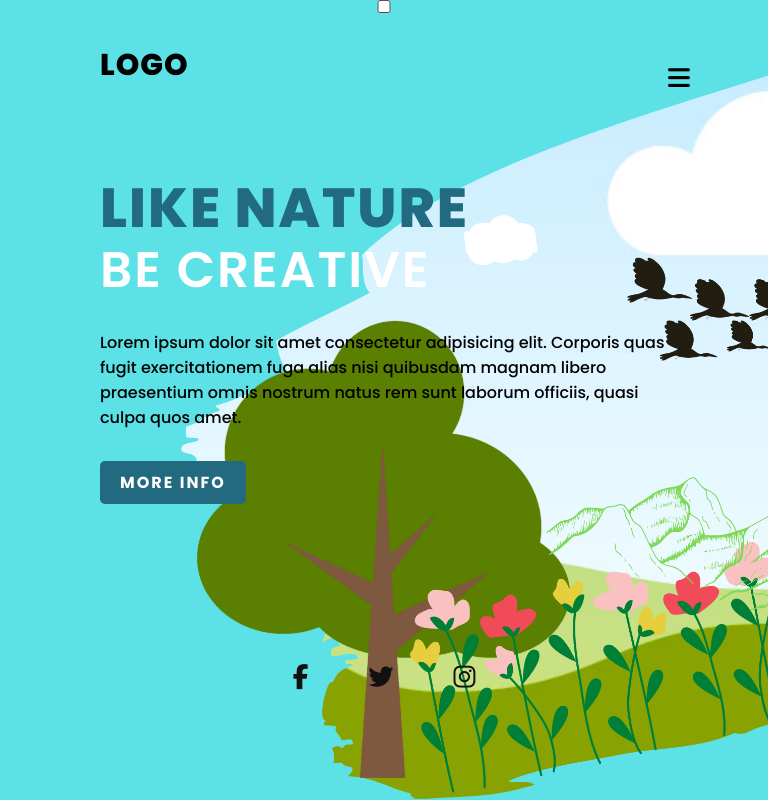
Repository: nganha241/CreativeNature
Page: index.html
These files come from the project's save history. The page is drawn as it stood at one moment and after the next save; the edit follows.
The browser window is 768 px wide. The pictures show the whole page.
Some web libraries are served in a nearby version.

Above is the page before, as saved 2022-06-18 09:26:00.

### index.html
<!DOCTYPE html>
<html lang="en">
  <head>
    <meta charset="UTF-8" />
    <meta http-equiv="X-UA-Compatible" content="IE=edge" />
    <meta name="viewport" content="width=device-width, initial-scale=1.0" />
    <title>Creative Nature</title>
    <link rel="stylesheet" href="style.css" />
    <script
      src="https://kit.fontawesome.com/ae971d7ee0.js"
      crossorigin="anonymous"
    ></script>
  </head>
  <body>
    <section>
      <input type="checkbox" id="check" />
      <header>
        <h2><a href="#" class="logo">Logo</a></h2>
        <div class="navigation">
          <a href="#">Home</a>
          <a href="#">About</a>
          <a href="#">Info</a>
          <a href="#">Services</a>
          <a href="#">Contact</a>
        </div>
        <label for="">
          <i class="fas fa-bars menu-btn"></i>
          <i class="fa fa-times close-btn"></i>
        </label>
      </header>
      <div class="content">
        <div class="info">
          <h2>Like Nature <br /><span>Be Creative</span></h2>
          <p>
            Lorem ipsum dolor sit amet consectetur adipisicing elit. Corporis
            quas fugit exercitationem fuga alias nisi quibusdam magnam libero
            praesentium omnis nostrum natus rem sunt laborum officiis, quasi
            culpa quos amet.
          </p>
          <a href="#" class="info-btn">More Info</a>
        </div>
      </div>
      <div class="media-icons">
        <a href="#"><i class="fa fa-facebook"></i></a>
        <a href="#"><i class="fa fa-twitter"></i></a>
        <a href="#"><i class="fa fa-instagram" aria-hidden="true"></i></a>
      </div>
    </section>
  </body>
</html>

### style.css
@import url('https://fonts.googleapis.com/css2?family=Poppins:wght@300;400;500;600;700;800;900&display=swap');

* {
    box-sizing: border-box;
    padding: 0;
    margin: 0;
    font-family: 'Poppins', sans-serif;
}

a {
    text-decoration: none;
}

section {
    position: relative;
    width: 100%;
    min-height: 100vh;
    display: flex;
    flex-direction: column;
    justify-content: flex-start;
    background: url("./bg.png");
    background-size: cover;
    background-position: center;
}

header {
    position: relative;
    top: 0;
    width: 100%;
    padding: 30px 100px;
    display: flex;
    justify-content: space-between;
    align-items: center;
}

header .logo {
    position: relative;
    color: #000;
    font-size: 30px;
    text-transform: uppercase;
    font-weight: 800;
    letter-spacing: 1px;
}

header .navigation a{
    color: #000;
    background: none;
    font-weight: 500;
    letter-spacing: 1px;
    padding: 2px 15px;
    border-radius: 20px;
    transition: 0.3ms;
    transition-property: background;
}

header .navigation a:not(:last-child) {
    margin-right: 30px;
}

header .navigation a:hover {
    background: #7EC1FC;
}

.content {
    max-width: 650px;
    margin: 60px 100px;
}

.content .info h2 {
    color: #226a80;
    font-size: 55px;
    text-transform: uppercase;
    font-weight: 800;
    letter-spacing: 2px;
    line-height: 60px;
    margin-bottom: 30px;
}

.content .info h2 span {
    color: #fff;
    font-size: 50px;
    font-weight: 600;
}

.content .info p {
    font-size: 16px;
    font-weight: 500;
    margin-bottom: 40px;
}

.content .info-btn {
    color: #fff;
    background: #226a80;
    text-transform: uppercase;
    font-weight: 700;
    letter-spacing: 2px;
    padding: 10px 20px;
    border-radius: 5px;
    transition: 0.3s;
    transition-property: background;
}

.content .info-btn:hover {
    background: #0c4f60;
}

.media-icons {
    display: flex;
    justify-content: center;
    align-items: center;
    margin: auto;
}

.media-icons a {
    position: relative;
    color: #111;
    font-size: 25px;
    transition: 0.3s;
    transition-property: transform;
}

.media-icons a:not(:last-child) {
    margin-right: 60px;
}

.media-icons a:hover {
    transform: scale(1.5);
}

label {
    display: none;
}

#check {
    z-index: 3;
}

@media (max-width: 960px) {
    header .navigation {
        display: none;
    }

    label {
        display: block;
        font-size: 25px;
        cursor: pointer;
        transition: 0.3s;
        transition-property: color;
    }

    label:hover {
        color: #fff;
    }

    label .close-btn {
        display: none;
    }

    #check:checked ~ header .navigation {
        z-index: 2;
        position: fixed;
        background: rgba(144, 233, 255, 0.9);
        top: 0;
        bottom: 0;
        left: 0;
        right: 0;
        display: flex;
        flex-direction: column;
        justify-content: center;
        align-items: center;
    }

    #check:checked ~ header .navigation a {
        font-weight: 700;
        margin-right: 0;
        margin-bottom: 50px;
        letter-spacing: 2px;
    }

    #check:checked ~ header label .menu-btn {
        display: none;
    }

    #check:checked ~ header label .close-btn {
        z-index: 2;
        display: block;
        position: fixed;
    }

    label .menu-btn {
        position: absolute;
    }


}

After the next save:
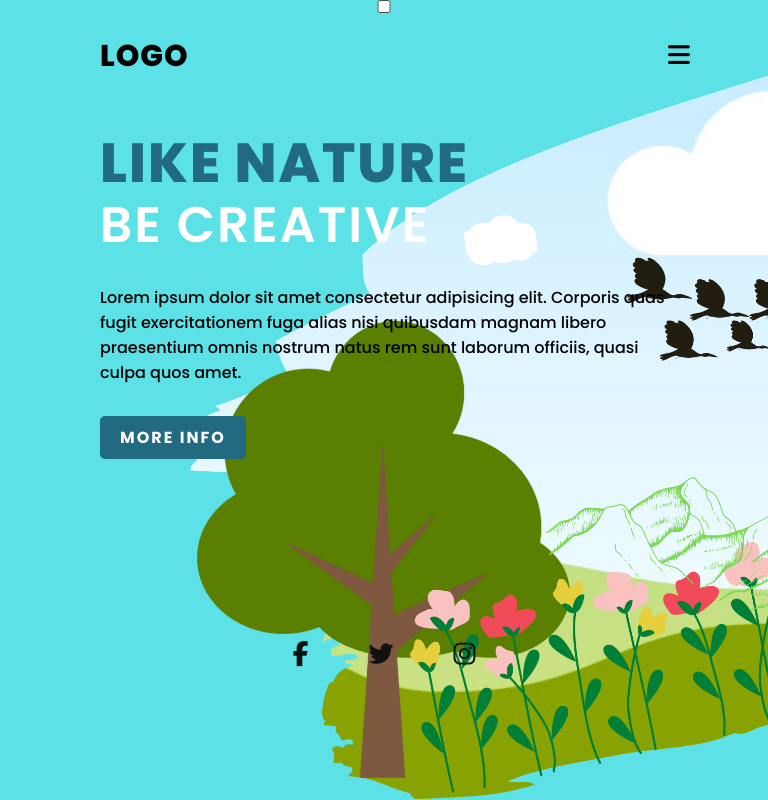
Saved 43 s later.
--- a/style.css
+++ b/style.css
@@ -191,5 +191,8 @@ label {
         position: absolute;
     }
 
-
+    header .logo {
+        position: absolute;
+        bottom: -6px;
+    }
 }
